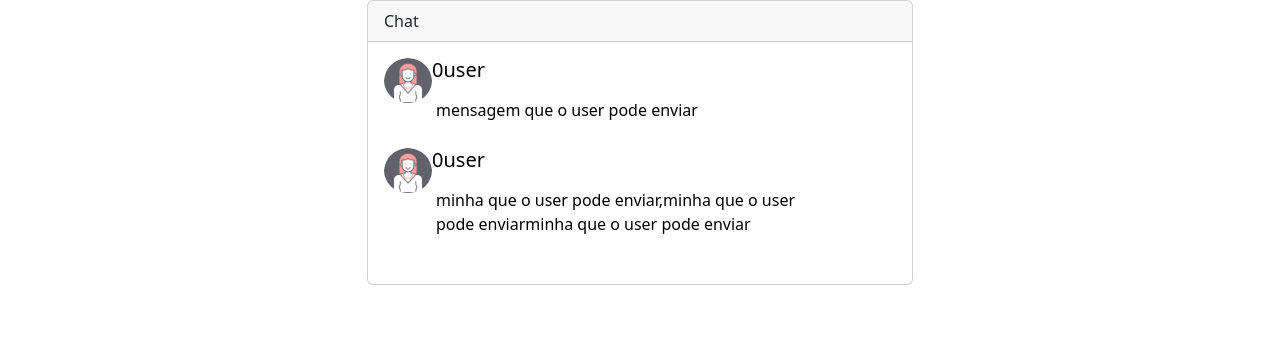
Repository: joaobatistafrontend/pref
Page: templates/chat_meninas copy.html
These files come from the project's save history. The page is drawn as it stood at one moment and after the next save; the edit follows.
The browser window is 1280 px wide. The pictures show the whole page.
The page is served by the project's application, run on Django 4.2 (manage.py). The template is opened directly, without the code that normally fills it, so the values that code supplies are empty.

Above is the page before, as saved 2024-07-29 16:45:35.

After the next save:
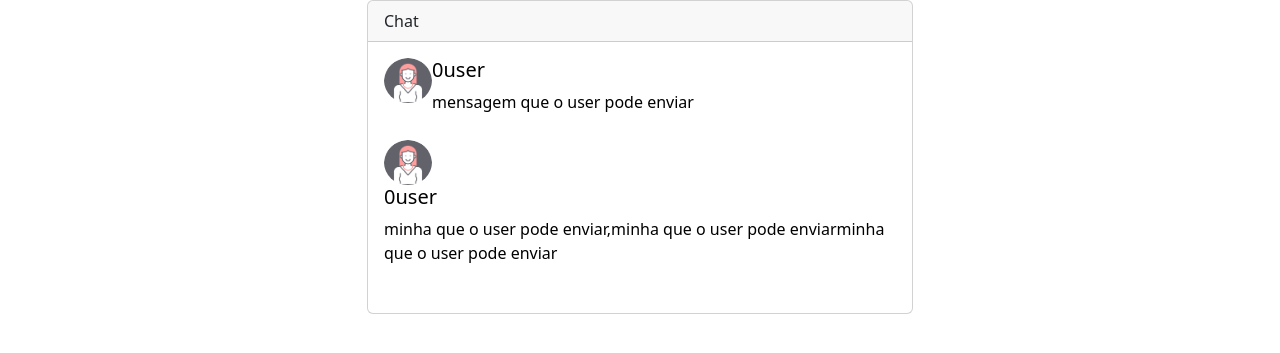
Saved 10 s later.
--- a/templates/chatMulher.css
+++ b/templates/chatMulher.css
@@ -20,11 +20,3 @@
     display: inline-block;
     position: relative;
 }
-p{
-    width: 400px;
-    padding-top: 8px;
-    padding-left: 4px;
-
-    word-wrap: break-word;
-
-}
